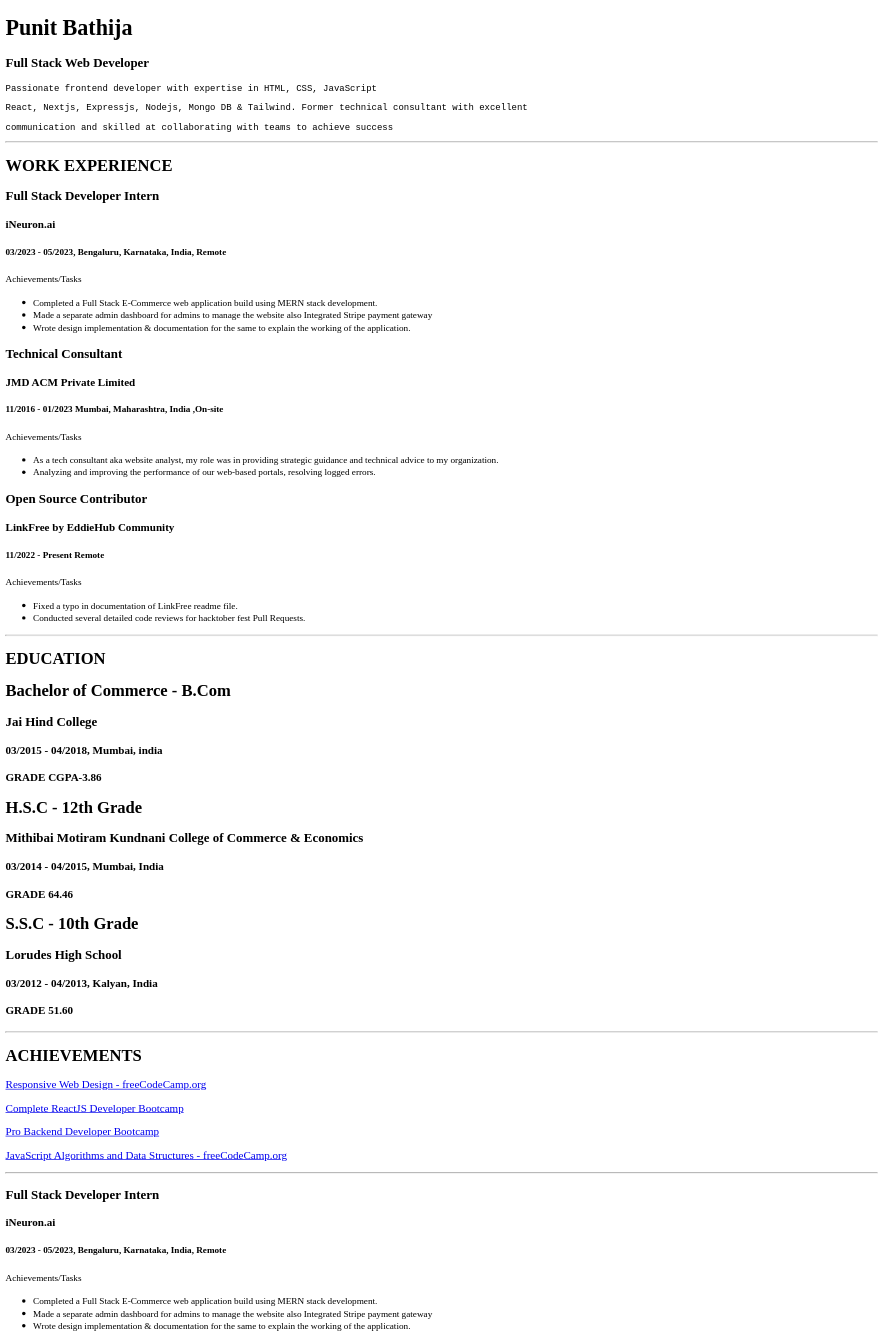
Repository: punitbathija/Placement-Assitance-iNeuron
Page: index.html
The author's editor kept a copy of each file at every save. The page is drawn from the files as they stood at one save, then again after the next save.
The browser window is 1280 px wide. The pictures show the whole page, at 69% of full size.

Above is the page before, as saved 2023-05-18 12:40:03.

### index.html
<!DOCTYPE html>
<html lang="en">
  <head>
    <meta charset="UTF-8" />
    <meta http-equiv="X-UA-Compatible" content="IE=edge" />
    <meta name="viewport" content="width=device-width, initial-scale=1.0" />
    <title>Document</title>
  </head>
  <body>
    <header>
      <h1>Punit Bathija</h1>
      <h3>Full Stack Web Developer</h3>
      <pre>
Passionate frontend developer with expertise in HTML, CSS, JavaScript</pre
      >
      <pre>
React, Nextjs, Expressjs, Nodejs, Mongo DB & Tailwind. Former technical consultant with excellent</pre
      >
      <pre>
communication and skilled at collaborating with teams to achieve success</pre
      >
    </header>
    <hr />
    <section>
      <h1>WORK EXPERIENCE</h1>
      <div>
        <h3>Full Stack Developer Intern</h3>
        <h4>iNeuron.ai</h4>
        <h5>03/2023 - 05/2023, Bengaluru, Karnataka, India, Remote</h5>
        <small>Achievements/Tasks</small>
        <ul>
          <li>
            <small
              >Completed a Full Stack E-Commerce web application build using
              MERN stack development.</small
            >
          </li>
          <li>
            <small
              >Made a separate admin dashboard for admins to manage the website
              also Integrated Stripe payment gateway
            </small>
          </li>
          <li>
            <small
              >Wrote design implementation & documentation for the same to
              explain the working of the application.
            </small>
          </li>
        </ul>
      </div>
      <div>
        <h3>Technical Consultant</h3>
        <h4>JMD ACM Private Limited</h4>
        <h5>11/2016 - 01/2023 Mumbai, Maharashtra, India ,On-site</h5>
        <small>Achievements/Tasks</small>
        <ul>
          <li>
            <small
              >As a tech consultant aka website analyst, my role was in
              providing strategic guidance and technical advice to my
              organization.</small
            >
          </li>
          <li>
            <small
              >Analyzing and improving the performance of our web-based portals,
              resolving logged errors.
            </small>
          </li>
        </ul>
      </div>
      <div>
        <h3>Open Source Contributor</h3>
        <h4>LinkFree by EddieHub Community</h4>
        <h5>11/2022 - Present Remote</h5>
        <small>Achievements/Tasks</small>
        <ul>
          <li>
            <small
              >Fixed a typo in documentation of LinkFree readme file.</small
            >
          </li>
          <li>
            <small
              >Conducted several detailed code reviews for hacktober fest Pull
              Requests.
            </small>
          </li>
        </ul>
      </div>
    </section>
    <hr />
    <section>
      <h1>EDUCATION</h1>
      <div>
        <h2>Bachelor of Commerce - B.Com</h2>
        <h3>Jai Hind College</h3>
        <h4>03/2015 - 04/2018, Mumbai, india</h4>
        <h4>GRADE CGPA-3.86</h4>
      </div>
      <div>
        <h2>H.S.C - 12th Grade</h2>
        <h3>Mithibai Motiram Kundnani College of Commerce & Economics</h3>
        <h4>03/2014 - 04/2015, Mumbai, India</h4>
        <h4>GRADE 64.46</h4>
      </div>
      <div>
        <h2>S.S.C - 10th Grade</h2>
        <h3>Lorudes High School</h3>
        <h4>03/2012 - 04/2013, Kalyan, India</h4>
        <h4>GRADE 51.60</h4>
      </div>
    </section>
    <hr />
    <section>
      <h1>ACHIEVEMENTS</h1>
      <p>
        <a
          href="https://www.freecodecamp.org/certification/fcc5a76ec11-aefa-4ffc-b5b4-83b6dda548be/responsive-web-design"
          >Responsive Web Design - freeCodeCamp.org</a
        >
      </p>
      <p>
        <a
          href="https://s3-ap-southeast-1.amazonaws.com/learnyst/schools/2410/certificates/53635/6728656_53635.pdf?1670742115="
          >Complete ReactJS Developer Bootcamp</a
        >
      </p>
      <p>
        <a
          href="https://s3-ap-southeast-1.amazonaws.com/learnyst/schools/2410/certificates/110784/6728656_110784.pdf?1676721842="
          >Pro Backend Developer Bootcamp</a
        >
      </p>
      <p>
        <a
          href="https://www.freecodecamp.org/certification/fcc5a76ec11-aefa-4ffc-b5b4-83b6dda548be/responsive-web-design"
          >JavaScript Algorithms and Data Structures - freeCodeCamp.org</a
        >
      </p>
    </section>
    <hr />
    <section>
      <div>
        <h3>Full Stack Developer Intern</h3>
        <h4>iNeuron.ai</h4>
        <h5>03/2023 - 05/2023, Bengaluru, Karnataka, India, Remote</h5>
        <small>Achievements/Tasks</small>
        <ul>
          <li>
            <small
              >Completed a Full Stack E-Commerce web application build using
              MERN stack development.</small
            >
          </li>
          <li>
            <small
              >Made a separate admin dashboard for admins to manage the website
              also Integrated Stripe payment gateway
            </small>
          </li>
          <li>
            <small
              >Wrote design implementation & documentation for the same to
              explain the working of the application.
            </small>
          </li>
        </ul>
      </div>
    </section>
  </body>
</html>

After the next save:
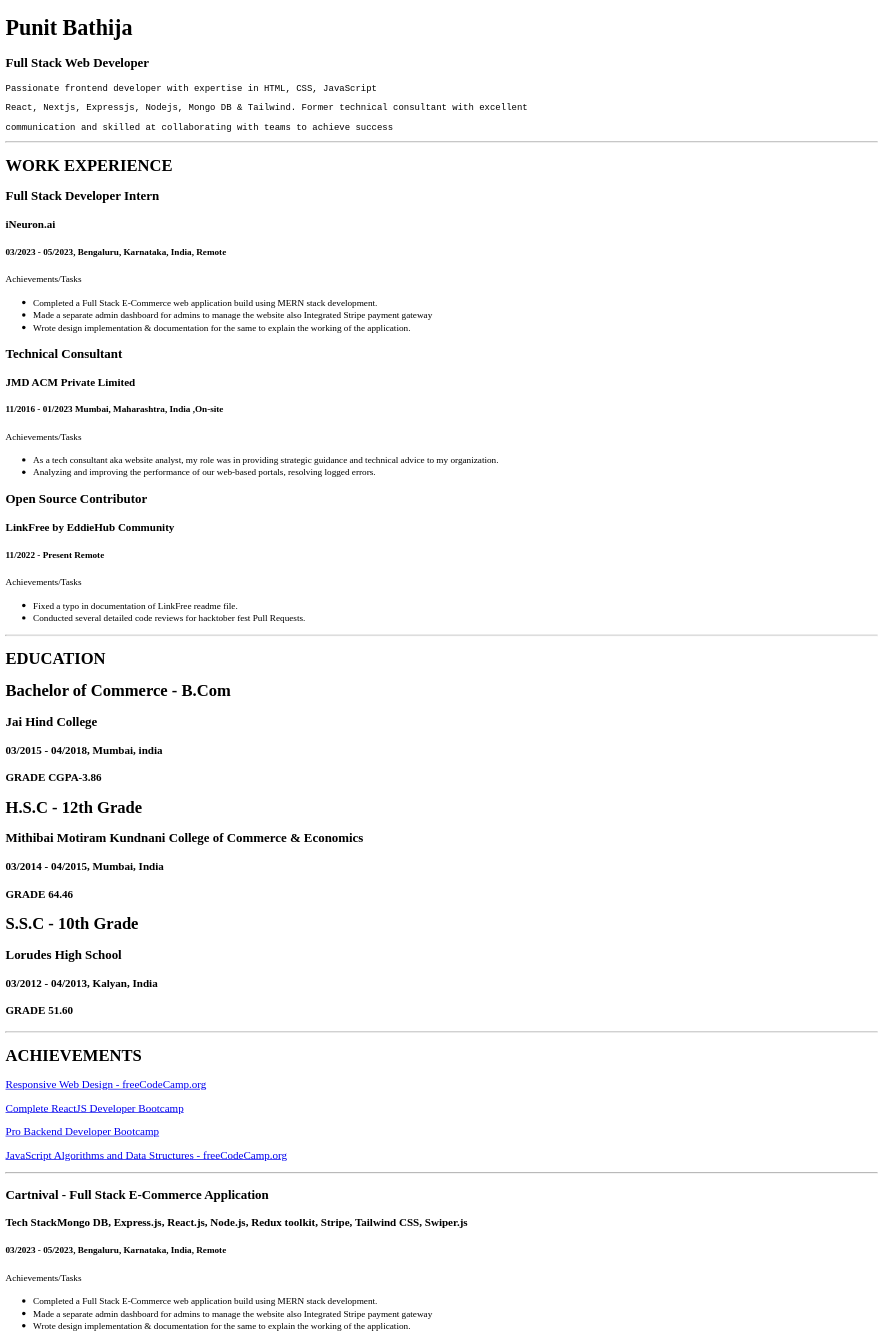
Saved 45 s later.
--- a/index.html
+++ b/index.html
@@ -143,8 +143,11 @@ communication and skilled at collaborating with teams to achieve success</pre
     <hr />
     <section>
       <div>
-        <h3>Full Stack Developer Intern</h3>
-        <h4>iNeuron.ai</h4>
+        <h3>Cartnival - Full Stack E-Commerce Application</h3>
+        <h4>
+          <b>Tech Stack</b>Mongo DB, Express.js, React.js, Node.js, Redux
+          toolkit, Stripe, Tailwind CSS, Swiper.js
+        </h4>
         <h5>03/2023 - 05/2023, Bengaluru, Karnataka, India, Remote</h5>
         <small>Achievements/Tasks</small>
         <ul>
